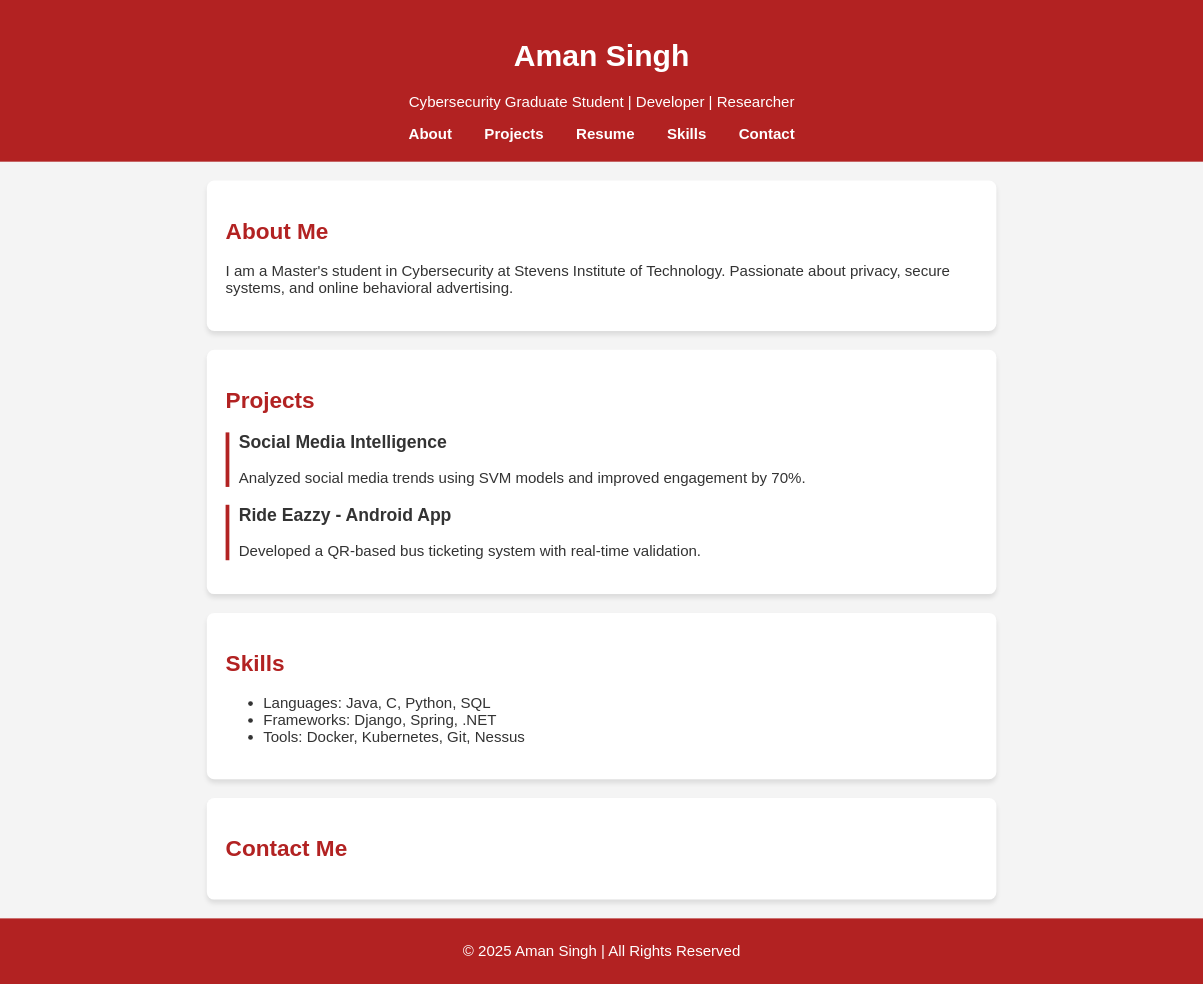
Repository: aman3singh/portfolio
Page: index.html
The author's editor kept a copy of each file at every save. The page is drawn from the files as they stood at one save, then again after the next save.
The browser window is 1280 px wide. The pictures show the whole page, at 94% of full size.
Some web libraries are served in a nearby version.

Above is the page before, as saved 2025-02-11 16:39:40.

### index.html
<!DOCTYPE html>
<html lang="en">
<head>
    <meta charset="UTF-8">
    <meta name="viewport" content="width=device-width, initial-scale=1.0">
    <title>Aman Singh | Cybersecurity Portfolio</title>
    <link rel="stylesheet" href="styles.css">
</head>
<body>
    <header>
        <h1>Aman Singh</h1>
        <p>Cybersecurity Graduate Student | Developer | Researcher</p>
        <nav>
            <a href="#about">About</a>
            <a href="#projects">Projects</a>
            <a href="resume.html">Resume</a>
            <a href="#skills">Skills</a>
            <a href="#contact">Contact</a>
        </nav>
    </header>

    <section id="about">
        <h2>About Me</h2>
        <p>I am a Master's student in Cybersecurity at Stevens Institute of Technology. Passionate about privacy, secure systems, and online behavioral advertising.</p>
    </section>

    <section id="projects">
        <h2>Projects</h2>
        <div class="project">
            <h3>Social Media Intelligence</h3>
            <p>Analyzed social media trends using SVM models and improved engagement by 70%.</p>
        </div>
        <div class="project">
            <h3>Ride Eazzy - Android App</h3>
            <p>Developed a QR-based bus ticketing system with real-time validation.</p>
        </div>
    </section>

    <section id="skills">
        <h2>Skills</h2>
        <ul>
            <li>Languages: Java, C, Python, SQL</li>
            <li>Frameworks: Django, Spring, .NET</li>
            <li>Tools: Docker, Kubernetes, Git, Nessus</li>
        </ul>
    </section>

    <section id="contact">
        <h2>Contact Me</h2>
        <div class="social-links">
            <a href="mailto:aman3singh.work@gmail.com" target="_blank">
                <i class="fas fa-envelope"></i>
            </a>
            <a href="https://www.linkedin.com/in/aman-singh7/" target="_blank">
                <i class="fab fa-linkedin"></i>
            </a>
            <a href="https://github.com/aman3singh" target="_blank">
                <i class="fab fa-github"></i>
            </a>
        </div>
    </section>

    <footer>
        <p>© 2025 Aman Singh | All Rights Reserved</p>
    </footer>
</body>
</html>

### styles.css
body {
    font-family: Arial, sans-serif;
    margin: 0;
    padding: 0;
    background-color: #f4f4f4;
    color: #333;
}

header {
    background-color: #b22222;
    color: white;
    text-align: center;
    padding: 20px;
}

nav a {
    margin: 0 15px;
    color: white;
    text-decoration: none;
    font-weight: bold;
}

section {
    padding: 20px;
    margin: 20px auto;
    max-width: 800px;
    background: white;
    box-shadow: 0px 4px 6px rgba(0, 0, 0, 0.1);
    border-radius: 8px;
}

h2 {
    color: #b22222;
}

.project {
    border-left: 4px solid #b22222;
    padding-left: 10px;
    margin-bottom: 15px;
}

footer {
    text-align: center;
    padding: 10px;
    background-color: #b22222;
    color: white;
}

After the next save:
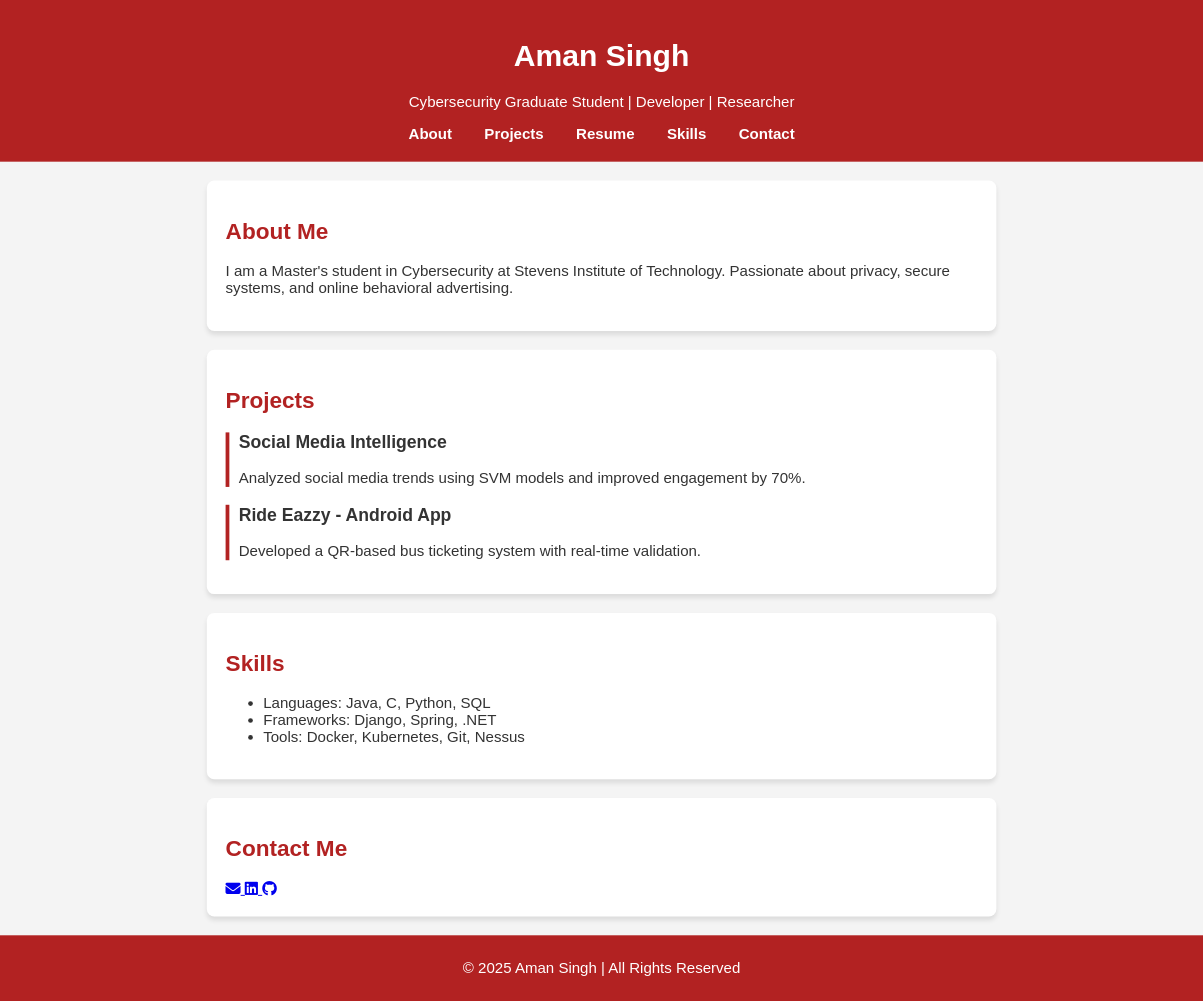
Saved 38 s later.
--- a/index.html
+++ b/index.html
@@ -5,6 +5,7 @@
     <meta name="viewport" content="width=device-width, initial-scale=1.0">
     <title>Aman Singh | Cybersecurity Portfolio</title>
     <link rel="stylesheet" href="styles.css">
+    <script src="https://kit.fontawesome.com/a076d05399.js" crossorigin="anonymous"></script>
 </head>
 <body>
     <header>
